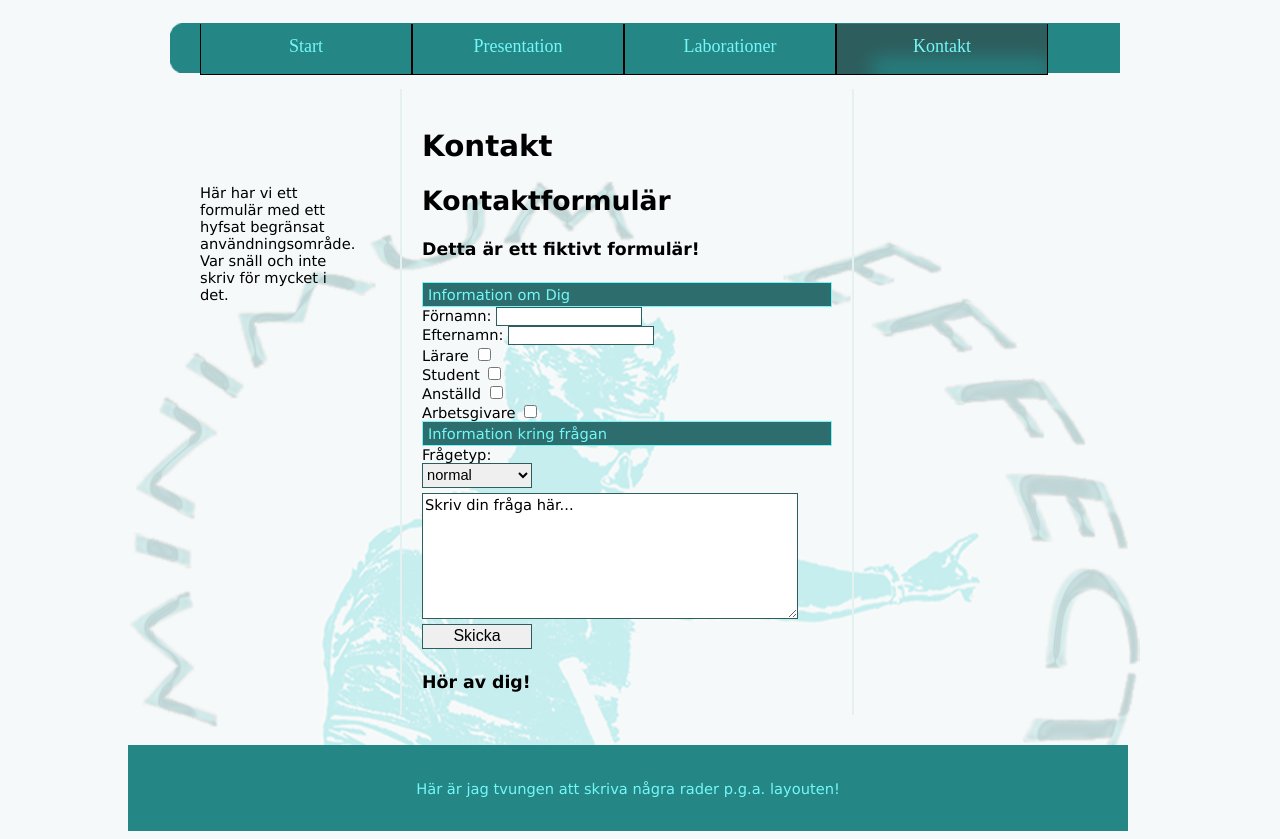
Repository: kb222jf/1ik415-laborationer
Page: Pages/Kontakt.html
The author's editor kept a record of every edit. The page is drawn from the files as they stood at one moment, then again after the next edit.
The browser window is 1280 px wide. The pictures show the whole page.
Backgrounds fixed to the window are drawn as part of the page.

Above is the page before.

After the next edit:
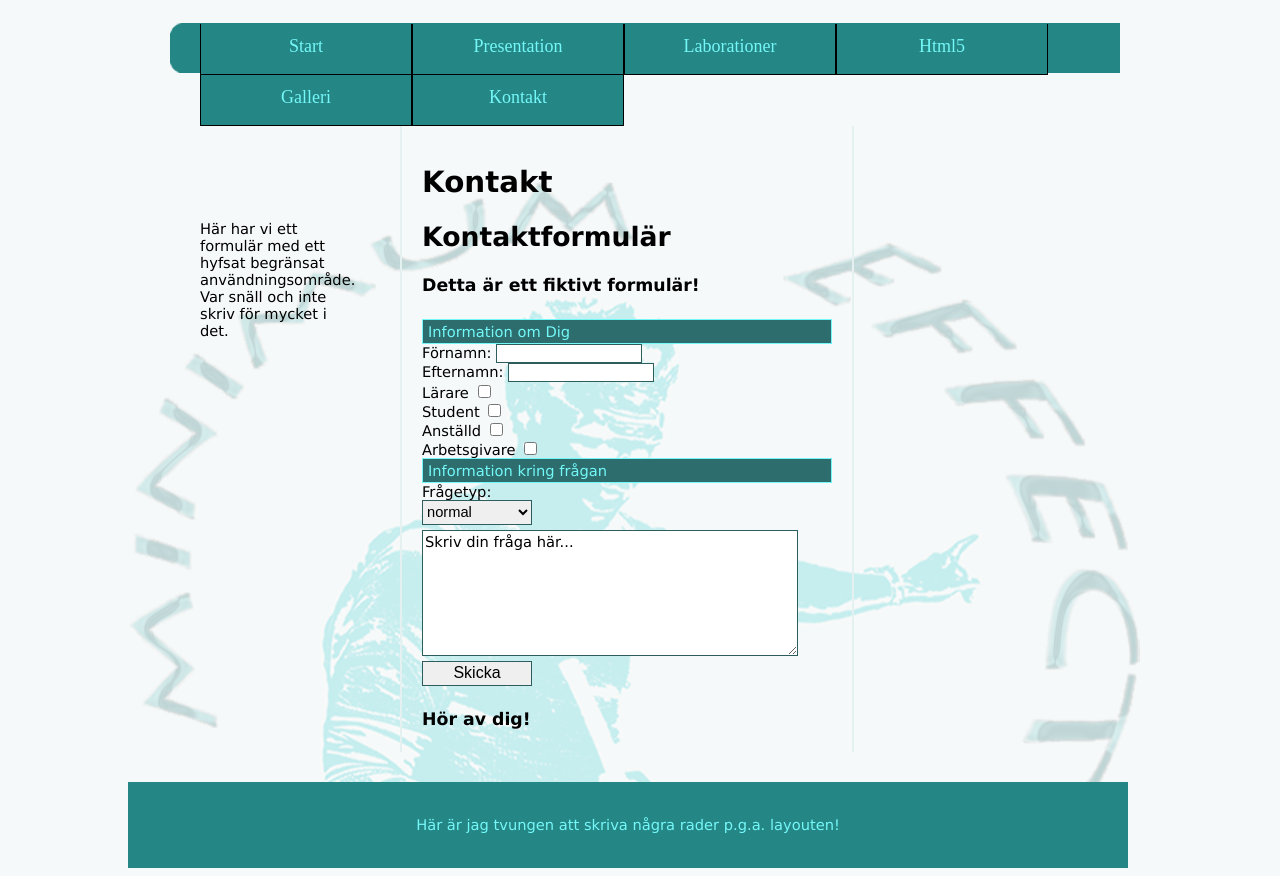
The edit:
--- a/Pages/Kontakt.html
+++ b/Pages/Kontakt.html
@@ -27,10 +27,12 @@
 <!-- Meny start-->
     <div id="navigation">
         <ul>
-            <li><a href="../Index.html">Start</a></li>
-            <li><a href="Presentation.html">Presentation</a></li>
-            <li><a href="Laborationer.html">Laborationer</a></li>
-            <li><a href="Kontakt.html" class="active">Kontakt</a></li>
+            <li><a href="Index.html">Start</a></li>
+            <li><a href="Pages/Presentation.html">Presentation</a></li>
+            <li><a href="Pages/Laborationer.html">Laborationer</a></li>
+            <li><a href="Pages/Html5.html">Html5</a></li>
+            <li><a href="Gallery/index.html">Galleri</a></li>
+            <li><a href="Pages/Kontakt.html">Kontakt</a></li>
         </ul>
     </div>
 <!-- Meny slut-->
